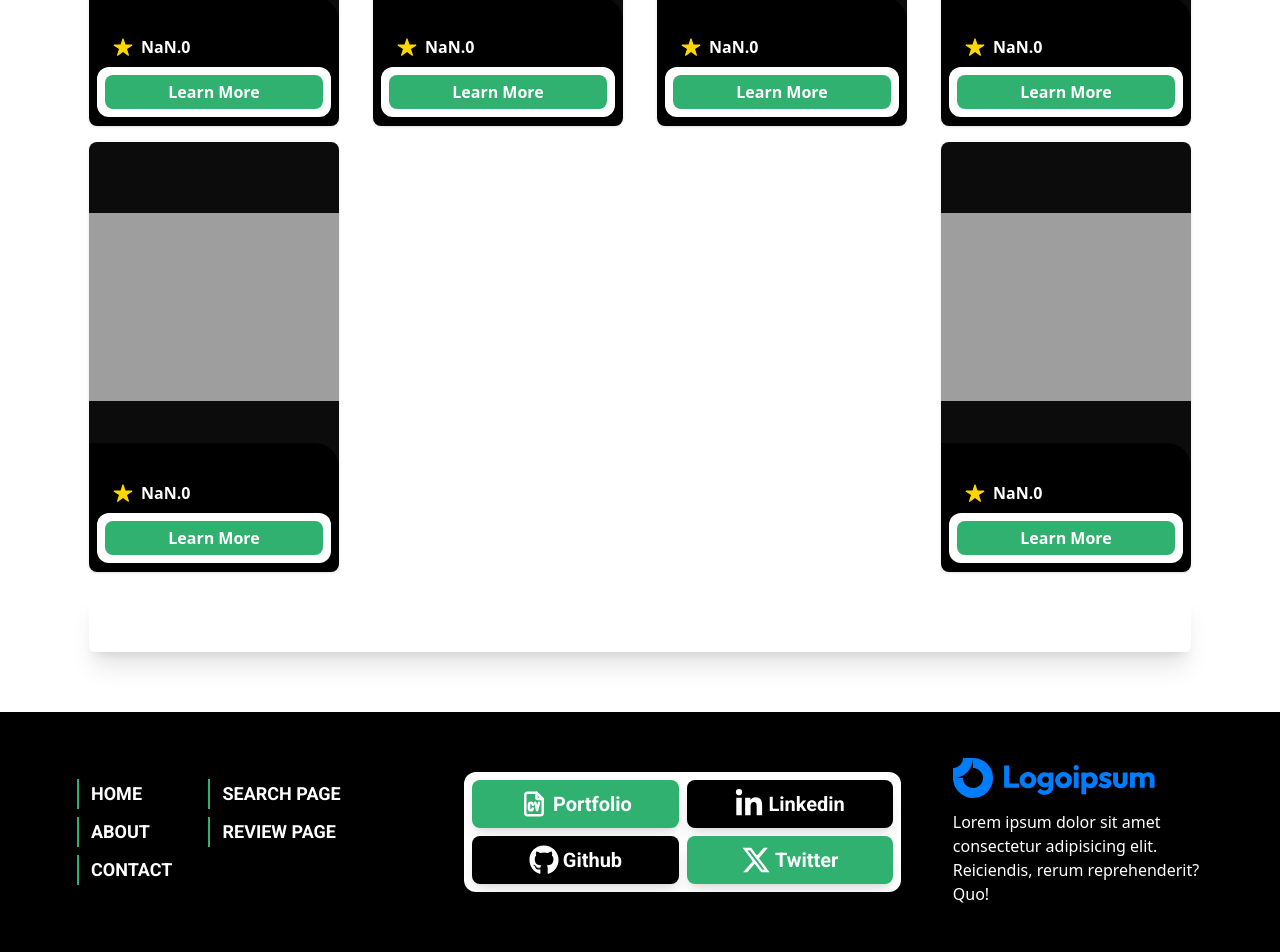
Repository: jayantatech/FrameFlick
Page: /movies
These files come from the project's save history. The page is drawn as it stood at one moment and after a run of saves; the edit follows.
The browser window is 1280 px wide. The pictures show the part of the page from y = 1096 to 2048 px (the page is 2048 px tall).
Pictures or frames that could not be fetched are drawn as grey boxes. The page's requests for data from a server got no answer. The project was rebuilt for these pictures with package versions that can differ from the ones it lists, and the page was loaded fresh each time. No one was signed in, and anything a server would have sent is missing. Also part of the build but not shown: vite.config.js, src/components/header/SearchBar.jsx, src/components/sliderComponent/button.css, src/components/sliderComponent/SliderComponent.jsx, src/pages/home/comingAttractions/ComingAttractions.jsx, src/pages/home/currentFavorites/CurrentFavorites.jsx, src/pages/home/movieGenres/MovieGenres.jsx, src/components/responsiveTitle/responsiveTitle.jsx and 11 more.

Above is the page before, as saved 2024-02-13 19:07:17.

After the next 2 saves:
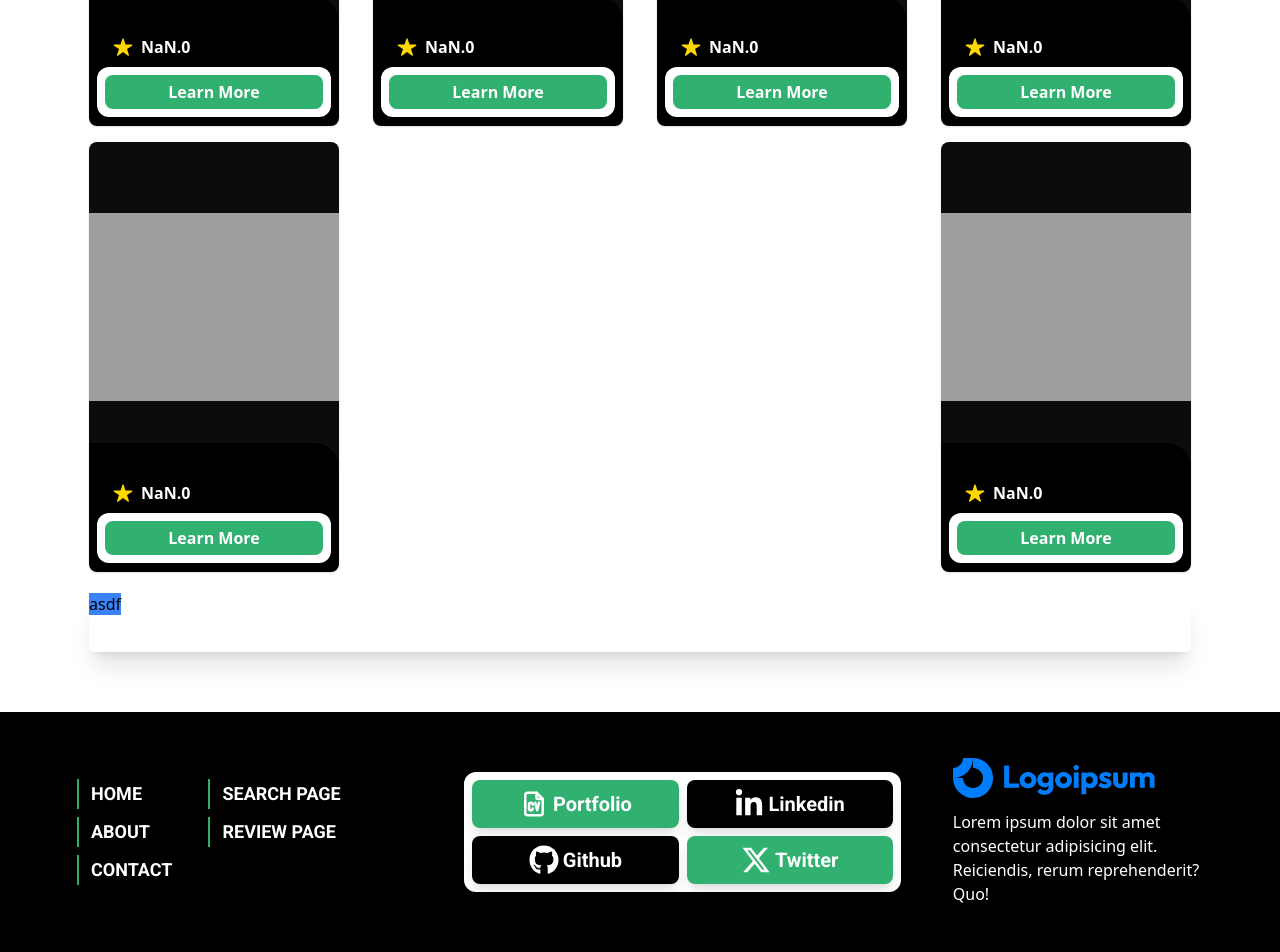
The 2 saves are shown as one change because they came seconds apart.
The last was saved 8 s later.
--- a/src/pages/moviePage/allMovies/AllMovies.jsx
+++ b/src/pages/moviePage/allMovies/AllMovies.jsx
@@ -21,7 +21,7 @@ const AllMovies = () => {
             <FilmCard />
           </div>
           <div className=" w-full h-[60px] bg-[#fff] shadow-xl rounded-md">
-            <span className=" w-[30px] h-[30px]"></span>
+            <span className=" w-[30px] h-[30px] bg-blue-500">asdf</span>
           </div>
         </div>
       </ContentWrapper>
